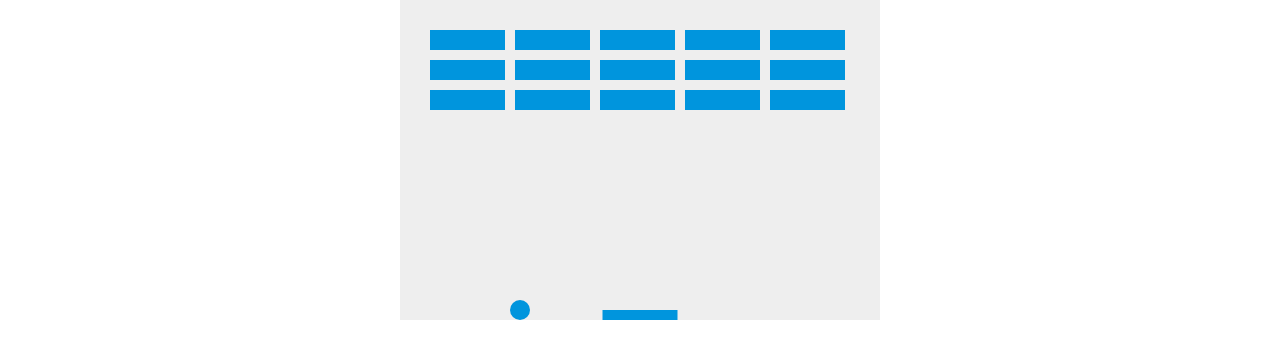
Repository: hara-PG/javascript_operation
Page: block_game/index.html
The author's editor kept a copy of each file at every save. The page is drawn from the files as they stood at one save, then again after the next save.
The browser window is 1280 px wide. The pictures show the whole page.

Above is the page before, as saved 2022-06-27 21:20:09.

### block_game/index.html
<!DOCTYPE html>
<html lang="ja">
  <head>
    <meta charset="UTF-8" />
    <meta http-equiv="X-UA-Compatible" content="IE=edge" />
    <meta name="viewport" content="width=device-width, initial-scale=1.0" />
    <title>Game Canvas Workshop</title>
    <link rel="stylesheet" href="style.css" />
  </head>
  <body>
    <canvas id="myCanvas" width="480" height="320"></canvas>

    <script type="text/javascript" src="game.js"></script>
  </body>
</html>

### block_game/style.css
* {
  padding: 0;
  margin: 0;
}
canvas {
  background: #eee;
  display: block;
  margin: auto;
}

### block_game/game.js
const canvas = document.getElementById("myCanvas"); // DOMでidの要素を変数canvasに代入
const ctx = canvas.getContext("2d"); // canvasを2D化

let paddleHeight = 10; // パドルの高さ
let paddleWidth = 75; // パドルの長さ
let paddleX = (canvas.width - paddleWidth) / 2; // パドルの初期位置
let x = canvas.width / 2; // ボールの初期位置(横位置)　canvas.widthは480px / 2
let y = canvas.height - 30; // ボールの初期位置(高さ位置) canvas.height320px - 30
let dx = 2; // ボールの角度(X軸) +の場合はcanvas.width　/　2より右に射出、-の場合はcanvas.width / 2より左に射出.
let dy = -2; // ボールの角度(Y軸) +の場合はcanvas.height / 2より下に射出、 -の場合はcanvas.height / 2より上に射出。
let ballRadius = 10; // ボールの大きさ
let color = "#0095DD"; // ボールとパドルの色
let rightPressed = false; // 押されているボタンをブーリアン値として定義、初期化しています。
let leftPressed = false; // 押されているボタンをブーリアン値として定義、初期化しています。

// ブロック変数
let brickRowCount = 3; // プロックの横列
let brickColumnCount = 5;
let brickWidth = 75;
let brickHeight = 20;
let brickPadding = 10;
let brickOffsetTop = 30;
let brickOffsetLeft = 30;

document.addEventListener("keydown", keyDownHandler, false); // keydownイベントが発火したとき (どれかが押されたとき) 、keyDownHandler()関数が実行
document.addEventListener("keyup", keyUpHandler, false); // keyupイベントが発火した時　(そのキーが押されなくなったき) 、keyUpHandler()関数が実行

function keyDownHandler(e) {
  if (e.key == "Right" || e.key == "ArrowRight") {
    rightPressed = true; // キーが押された時trueへ
  } else if (e.key == "Left" || e.key == "ArrowLeft") {
    leftPressed = true; // // キーが押された時trueへ
  }
}

function keyUpHandler(e) {
  if (e.key == "Right" || e.key == "ArrowRight") {
    rightPressed = false; // キーが押された時falseへ
  } else if (e.key == "Left" || e.key == "ArrowLeft") {
    leftPressed = false; // キーが押された時falseへ
  }
}

function collisionDetection() {
  for (var c = 0; c < brickColumnCount; c++) {
    for (var r = 0; r < brickRowCount; r++) {
      var b = bricks[c][r];
      if (x > b.x && x < b.x + brickWidth && y > b.y && y < b.y + brickHeight) {
        dy = -dy;
      }
    }
  }
}

function drawBall() {
  // drawBall => ボールを描く
  ctx.beginPath(); // キャンバス 2D API のメソッドで、サブパスのリストを空にすることにより新しいパスを開始します。新しいパスを作成したい場合は、このメソッドを呼び出してください。
  ctx.arc(x, y, ballRadius, 0, Math.PI * 2); // サブパスに円弧を加えます。.arc(x, y, radius, startAngle, endAngle [, counterclockwise]);
  ctx.fillStyle = color;
  ctx.fill(); // .fill()は現在のパスまたは指定されたパスを現在のパスで埋めます。メソッドを使用して長方形を塗りつぶしfill()ます。
  ctx.closePath(); // 図形の最初と最後の点を自動的に接続する closePath() メソッドで、底辺を作成します。
}

function drawPaddle() {
  // drawPaddle => パドルを描く
  ctx.beginPath(); //　キャンバス 2D API のメソッドで、サブパスのリストを空にすることにより新しいパスを開始します。新しいパスを作成したい場合は、このメソッドを呼び出してください。
  ctx.rect(paddleX, canvas.height - paddleHeight, paddleWidth, paddleHeight);
  ctx.fillStyle = color; // .fillStyleは図形の内側を塗りつぶすために使用する色、グラデーション、またはパターンを指定します。
  ctx.fill(); // .fill()は現在のパスまたは指定されたパスを現在のパスで埋めます。メソッドを使用して長方形を塗りつぶしfill()ます。
  ctx.closePath(); // 図形の最初と最後の点を自動的に接続する closePath() メソッドで、底辺を作成します。
}

let bricks = [];
for (let c = 0; c < brickColumnCount; c++) {
  bricks[c] = [];
  for (let r = 0; r < brickRowCount; r++) {
    bricks[c][r] = { x: 0, y: 0 };
  }
}

function drawBricks() {
  for (let c = 0; c < brickColumnCount; c++) {
    for (let r = 0; r < brickRowCount; r++) {
      let brickX = c * (brickWidth + brickPadding) + brickOffsetLeft;
      let brickY = r * (brickHeight + brickPadding) + brickOffsetTop;
      bricks[c][r].x = brickX;
      bricks[c][r].y = brickY;
      ctx.beginPath();
      ctx.rect(brickX, brickY, brickWidth, brickHeight);
      ctx.fillStyle = color;
      ctx.fill();
      ctx.closePath();
    }
  }
}

function draw() {
  // draw => 描く
  ctx.clearRect(0, 0, canvas.width, canvas.height); /* clearRect() メソッドは、矩形領域のピクセルを透明な黒 (rgba(0,0,0,0)) に設定します。
  clearRect(x, y, width, height); */
  drawBall(); // drawBall関数を出力
  drawPaddle(); // drawPaddle関数を出力
  drawBricks();

  if (x + dx > canvas.width - ballRadius || x + dx < ballRadius) {
    dx = -dx; // ボールが壁に当たると(X軸)反転させるため！ X軸を＋値・ー値に反転させている
  }
  if (y + dy < ballRadius) {
    dy = -dy; // ボールが壁に当たると(Y軸)反転させるため！ Y軸を＋値・ー値に反転させている
  } else if (y + dy > canvas.height - ballRadius) {
    if (x > paddleX && x < paddleX + paddleWidth) {
      // ボールがパドルに当たると反転する。
      dy = -dy;
    } else {
      alert("Game Over!");
      location.reload(); // 再読み込みボタンのように現在の URL を再読み込み
      clearInterval(interval); // clearInterval(intervalID) タイマーの繰り返し動作を取り消す
    }
  }

  if (rightPressed && paddleX < canvas.width - paddleWidth) {
    paddleX += 7;
  } else if (leftPressed && paddleX > 0) {
    paddleX -= 7;
  }

  x += dx; // ボールが壁に当たるとX軸動作させるため！
  y += dy; // ボールが壁に当たるとY軸動作させるため！
}

let interval = setInterval(draw, 10); // setInterval(function, delay) functionは関数名(関数を出力)、delayは1000ms

// ctx.beginPath();
// ctx.rect(20, 40, 50, 50);
// ctx.fillStyle = "#FF0000";
// ctx.fill();
// ctx.closePath();

// ctx.beginPath();
// ctx.arc(240, 160, 20, 0, Math.PI * 2, false);
// ctx.fillStyle = "green";
// ctx.fill();
// ctx.closePath();

// ctx.beginPath();
// ctx.rect(160, 10, 100, 40);
// ctx.fillStyle = "rgba(0,0,255,0.5)";
// ctx.fill();
// ctx.closePath();

After the next save:
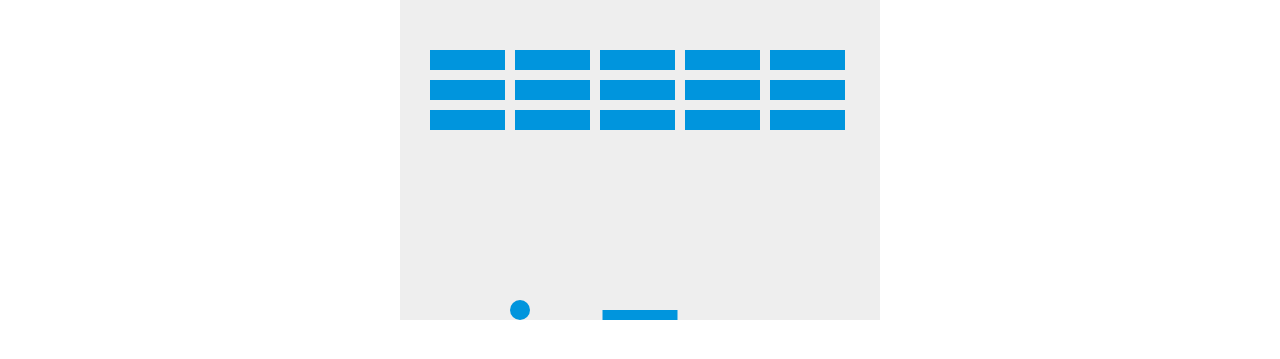
Saved 118 s later.
--- a/block_game/game.js
+++ b/block_game/game.js
@@ -15,11 +15,11 @@ let leftPressed = false; // 押されているボタンをブーリアン値と
 
 // ブロック変数
 let brickRowCount = 3; // プロックの横列
-let brickColumnCount = 5;
-let brickWidth = 75;
-let brickHeight = 20;
-let brickPadding = 10;
-let brickOffsetTop = 30;
+let brickColumnCount = 5; // ブロックの縦列
+let brickWidth = 75; // ブロックの横幅
+let brickHeight = 20; // ブロックの縦幅
+let brickPadding = 10; // ブロックの四方の余白
+let brickOffsetTop = 50; //
 let brickOffsetLeft = 30;
 
 document.addEventListener("keydown", keyDownHandler, false); // keydownイベントが発火したとき (どれかが押されたとき) 、keyDownHandler()関数が実行
